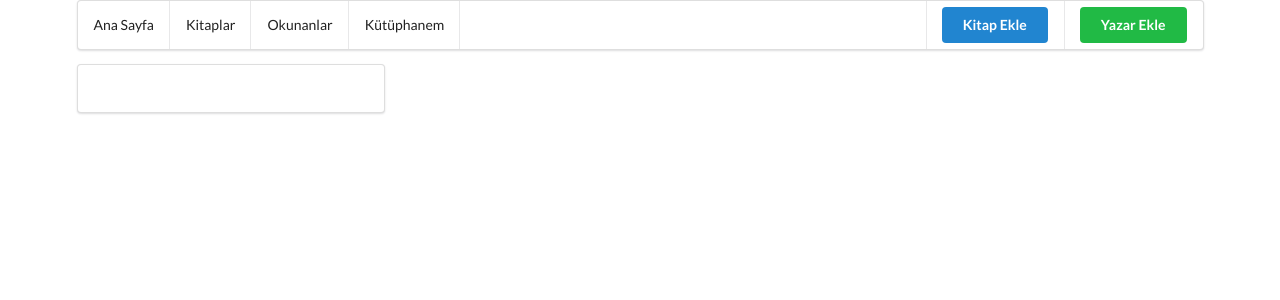
Repository: rizacantire/libraryReactApp
Page: /
These files come from the project's save history. The page is drawn as it stood at one moment and after the next save; the edit follows.
The browser window is 1280 px wide. The pictures show the whole page.
The page's requests for data from a server got no answer. The project was rebuilt for these pictures with package versions that can differ from the ones it lists, and the page was loaded fresh each time. No one was signed in, and anything a server would have sent is missing.

Above is the page before, as saved 2021-08-17 23:12:41.

After the next save:
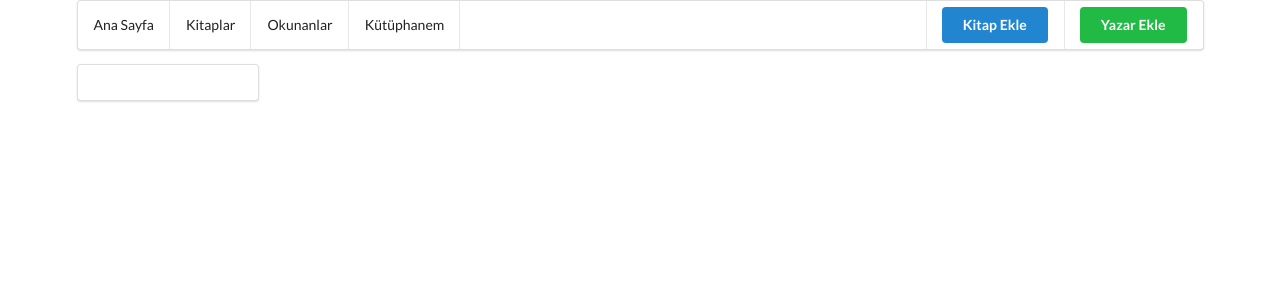
Saved 10 s later.
--- a/src/pages/CategoryList.jsx
+++ b/src/pages/CategoryList.jsx
@@ -13,7 +13,7 @@ export default function CategoryList() {
   }, []);
   return (
     <div>
-      <Menu vertical size="huge" stackable>
+      <Menu vertical size="small" stackable>
         {categories.map((category) => (
           <Menu.Item key={category.categoryId}>
             <Link to={`/bookCategory/${category.categoryId}`}>
